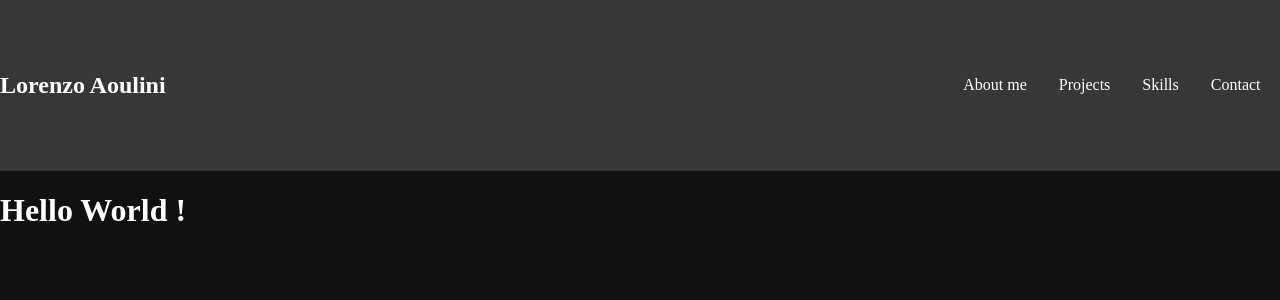
Repository: lolo298/lolo298.github.io
Page: index.html
An editor plug-in stored every save of this project. The page is shown before and after the next save, followed by the edit.
The browser window is 1280 px wide. The pictures show the whole page.

Above is the page before, as saved 2022-05-09 17:21:46.

After the next save:
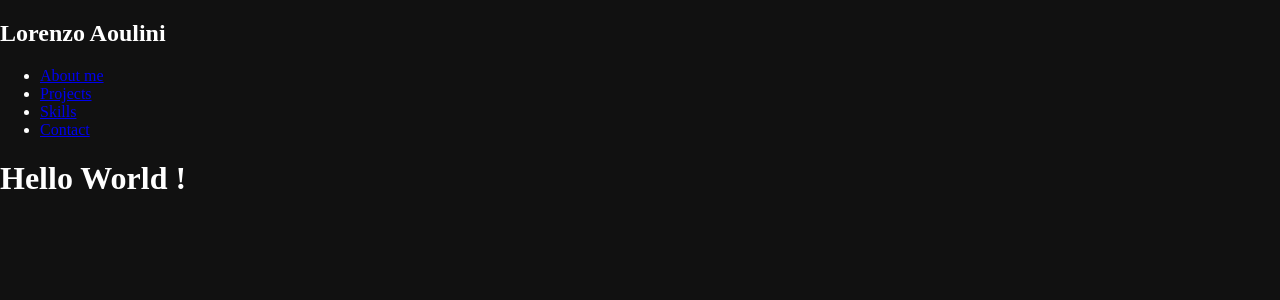
Saved 44 s later.
--- a/css/style.css
+++ b/css/style.css
@@ -13,7 +13,8 @@ body {
     width: 100%;
 }
 
-.main-navbar {
+
+/* .main-navbar {
     background-color: #373737;
     height: 10%;
     width: 100%;
@@ -56,4 +57,48 @@ body {
 
 .main-navbar-item:hover {
     background-color: #6A6A6A;
+} */
+
+.main-navbar>div {
+    background-color: #353535;
+    display: flex;
+    flex-direction: row;
+    width: 100vw;
+    height: 110px;
+    justify-content: space-between;
 }
+
+.logo {
+    filter: invert(100%);
+    width: 100px;
+}
+
+.menu {
+    display: flex;
+    flex-direction: column;
+    align-items: center;
+    width: max-content;
+    list-style-type: none;
+    margin: 0;
+}
+
+.menu>li {
+    height: 110px;
+    width: 100%;
+    display: flex;
+    align-items: center;
+    justify-content: center;
+    background-color: rgb(108, 108, 108);
+}
+
+.menu>li:hover {
+    background-color: rgb(156, 156, 156);
+}
+
+.menu-item>a {
+    color: white;
+    text-decoration: none;
+    padding-left: 10px;
+    padding-right: 10px;
+    font-family: 'Roboto', sans-serif;
+}
